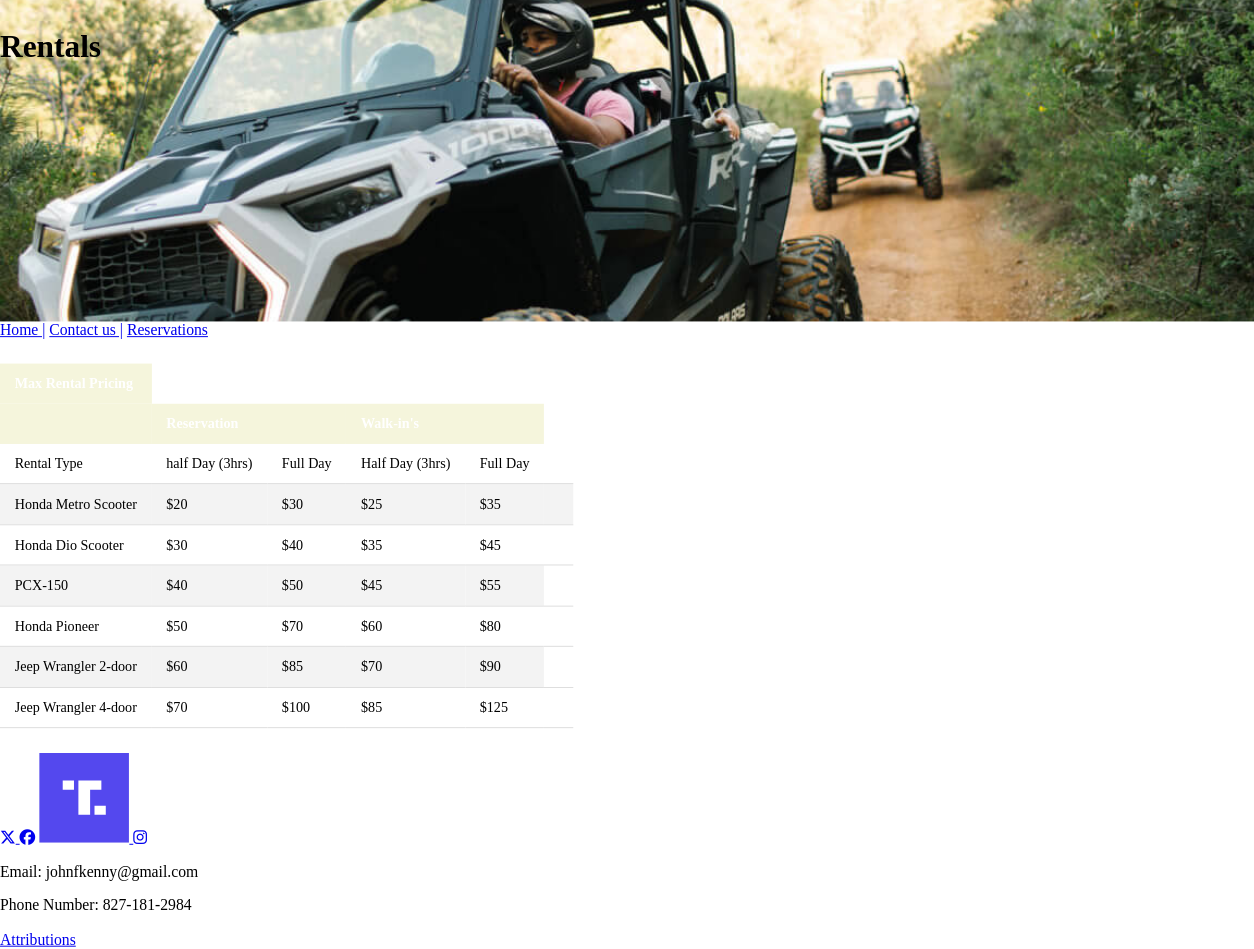
Repository: nak97/WDD230
Page: scoots/rentals-page/rentals-page.html
An editor plug-in stored every save of this project. The page is shown before and after the next save, followed by the edit.
The browser window is 1280 px wide. The pictures show the whole page, at 98% of full size.
Some web libraries are served in a nearby version.

Above is the page before, as saved 2023-12-11 15:36:23.

After the next save:
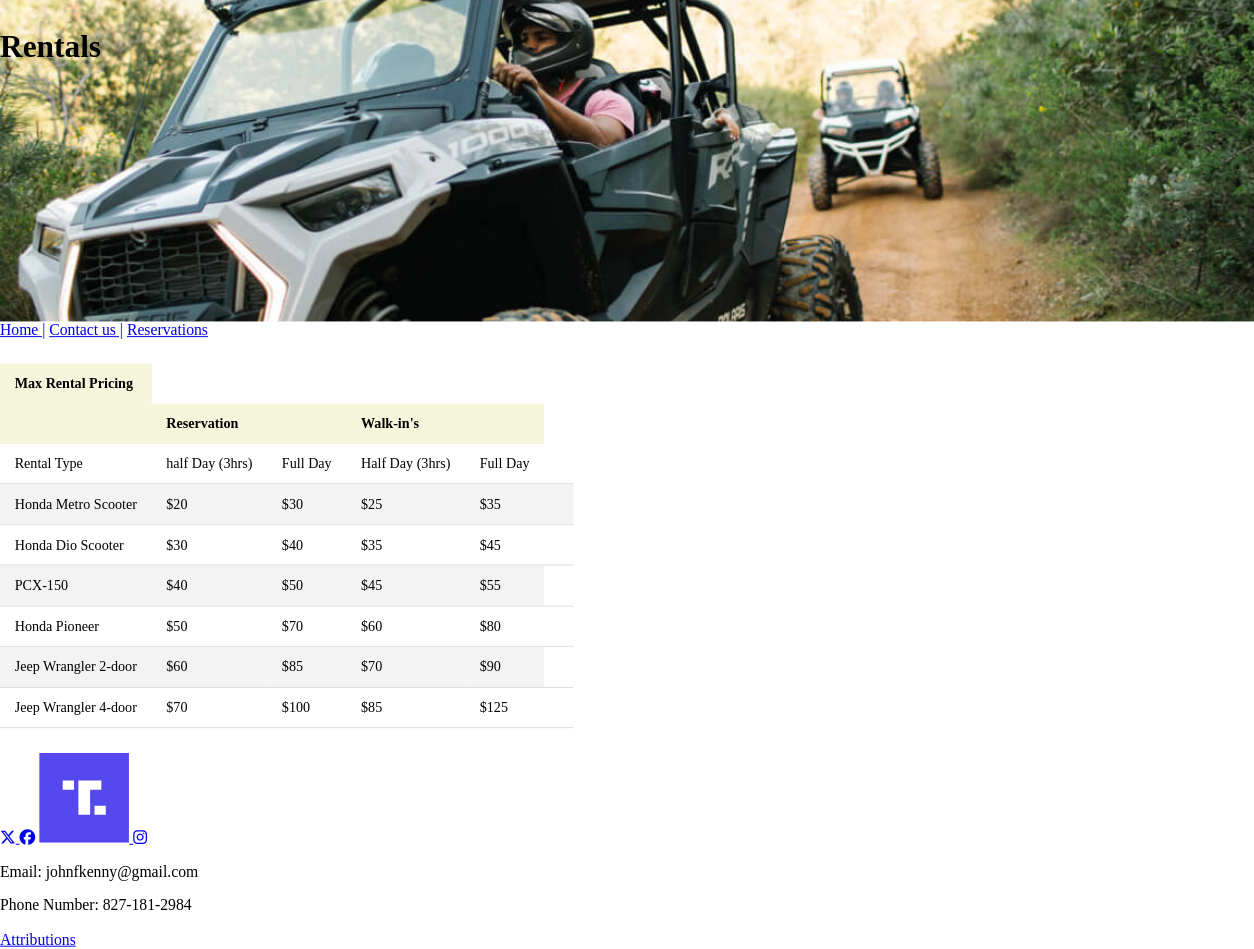
Saved 29 s later.
--- a/scoots/rentals-page/styles/base.css
+++ b/scoots/rentals-page/styles/base.css
@@ -18,7 +18,7 @@ header {
 
 .content-table thead tr {
   background-color: beige;
-  color: #ffffff;
+  color: black;
   text-align: left;
   font-weight: bold;
 }
